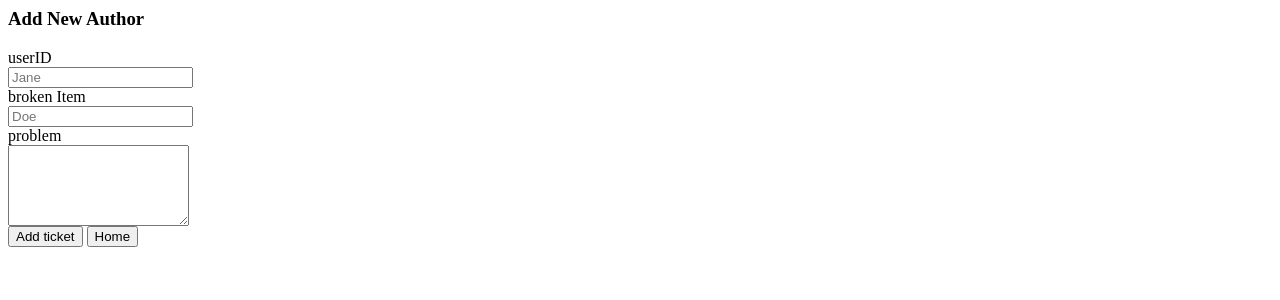
Repository: redbeard-sys/FencingArmoryinitial
Page: http://localhost/ticket
The author's editor kept a record of every edit. The page is drawn from the files as they stood at one moment, then again after the next edit.
The browser window is 1280 px wide. The pictures show the whole page.
The page is served by the project's Node server (index.js).

Above is the page before.

After the next edit:
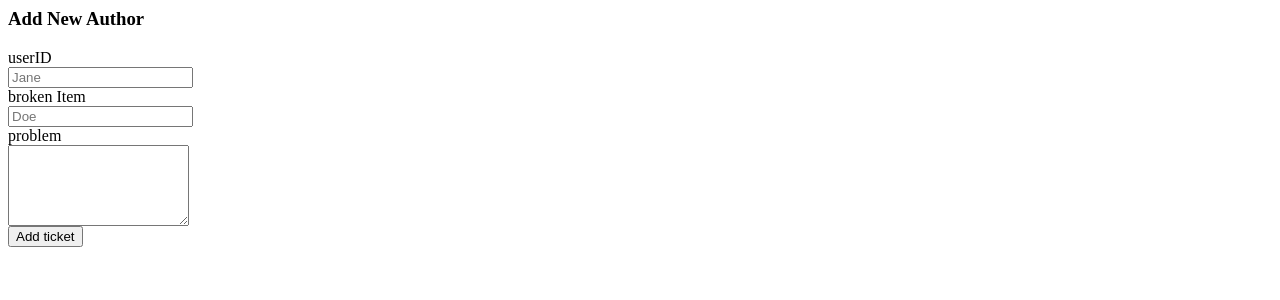
The edit:
--- a/views/ticket.ejs
+++ b/views/ticket.ejs
@@ -23,7 +23,6 @@
 			<div class='col-sm-4'></div>
 			<div class='col-sm-4'>
 				<button class='btn btn-primary btn-block'>Add ticket</button>
-				<button href="/" class='btn btn-primary btn-block'>Home</button>
 			</div>
 			<div class='col-sm-4'></div>
 		</div>
